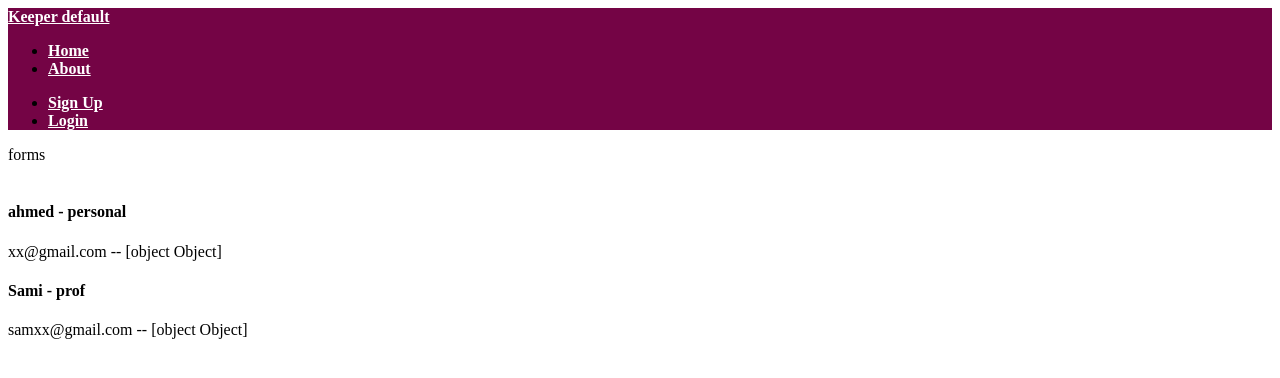
Repository: 3bdulrahman/contact-keeper
Page: / (app in client/)
An editor plug-in stored every save of this project. The page is shown before and after the next save, followed by the edit.
The browser window is 1280 px wide. The pictures show the whole page.
The project was rebuilt for these pictures with package versions that can differ from the ones it lists, and the page was loaded fresh each time. A package was used in the major version that the imports need, not the one package.json lists. Also part of the build but not shown: client/src/components/pages/About.js.

Above is the page before, as saved 2020-04-04 21:06:27.

### client/src/App.js
import React,{Fragment} from 'react';
import { BrowserRouter as Router , Route , Switch } from 'react-router-dom'
import Navbar from './components/layout/Navbar'
import Home from './components/pages/Home'
import About from './components/pages/About'
import ContactState  from './context/contact/ContactState'
import './App.css'
const  App = ()=> {
   return (
    <ContactState>
    <Router>
    <Fragment>
         <Navbar   />
         <div className='container'>
             <Switch>
               <Route exact path='/' component={Home} />
               <Route exact path='/about' component={About} />
             </Switch>
         </div>
    </Fragment>
    </Router>
    </ContactState>
  );
}

export default App;

### client/src/components/layout/Navbar.js
import React from 'react'
import {Link} from 'react-router-dom'
import PropTypes from 'prop-types'

 const Navbar = ({title}) => {
    return (
        <nav class="navbar navbar-default">
        <div class="navbar-header">

      <a class="navbar-brand" href="#">{title}</a>
    </div>
        <div class="container" id="myNavbar">

          <ul class="nav navbar-nav">
            <li class="active"><Link to="/">Home</Link></li>
            <li><Link to="/about">About</Link></li>

          </ul>
          <ul class="nav navbar-nav navbar-right">
      <li><a href="#"><span class="glyphicon glyphicon-user"></span> Sign Up</a></li>
      <li><a href="#"><span class="glyphicon glyphicon-log-in"></span> Login</a></li>
    </ul>
        </div>
      </nav>
    )
}

Navbar.propTypes= {
     title:PropTypes.string.isRequired
}
Navbar.defaultProps = {
     title:'Keeper default '
}

export default Navbar

### client/src/components/pages/Home.js
import React from 'react'
import Contacts from '../contacts/contacts'
 const Home = () => {
    return (
        <div className="row">
            <div className="col-md-6 col-lg-6">forms</div>
             <div className="col-md-6 col-lg-6">
                 <br />
                 <Contacts /></div>
        </div>
    )
}

export default Home

### client/src/context/contact/ContactState.js
import React,{useReducer} from 'react'
import uuid from 'uuid'
import contactContext from './ContactContext'
import { UPDATE_CONTACT,CLEAR_CURRENT,DELETE_CONTACT,SET_CURRENT,ADD_CONTACT,SET_ALERT,REMOVE_ALERT,
    FILTER_CONTACTS,CLEAR_FILTER} from '../type'
import contactReducer from '../contact/ContactReducer'
const ContactState = props=>{
       const contactInit = {
             contacts:[
                   {id:1,name:"ahmed",email:"xx@gmail.com",phone:"020202",type:"personal"},
                   {id:2,name:"Sami",email:"samxx@gmail.com",phone:"058882",type:"prof"}
             ]
       };
       const [state,dispatch] = useReducer(contactReducer,contactInit)
       //add contact
       return(
            <contactContext.Provider value={{
                contacts:state.contacts
            }}>
                {props.children}
            </contactContext.Provider>
       )
}

export default ContactState

### client/src/App.css
.navbar-default{
     background-color:rgb(116, 4, 69);
     border:0px;
     border-radius: 0px;
}
.navbar-default .navbar-nav>.active>a, .navbar-default .navbar-nav>.active>a:focus, .navbar-default .navbar-nav>.active>a:hover{
    background-color:rgb(116, 4, 69);
}

.navbar-nav>.active>a{
     color:#fff;
     font-weight: bold;
     background-color:rgb(116, 4, 69);
}

.navbar-default .navbar-nav>li>a{
    color:#fff;
     font-weight: bold;
}

.navbar-default .navbar-brand{
    background-color:rgb(116, 4, 69);;
    color:#fff;
    font-weight: bold;
}

.navbar-default .navbar-nav>.active>a{
    background-color:rgb(116, 4, 69);;
    color:#fff;
    font-weight: bold;
}

### client/src/components/contacts/contacts.js
import React,{useContext,Fragment} from 'react'
import ContactContext from '../../context/contact/ContactContext'
import ContactsItem from './contactsItem'
 const Contacts = () => {
    const contextContact = useContext(ContactContext)
    const {contacts} = contextContact
    return (
        <Fragment>
            {contacts.map(contact=> <ContactsItem key={contact.id} contact={contact} />)}
        </Fragment>
    )
}
export default Contacts

### client/src/context/contact/ContactContext.js
import {createContext} from 'react'
const contactContext = createContext()
export default contactContext

### client/src/context/type.js
export const ADD_CONTACT="ADD_CONTACT"
export const DELETE_CONTACT="DELETE_CONTACT"
export const UPDATE_CONTACT="UPDATE_CONTACT"
export const FILTER_CONTACTS="FILTER_CONTACTS"
export const CLEAR_FILTER="CLEAR_FILTER"
export const SET_CURRENT="SET_CURRENT"
export const CLEAR_CURRENT="CLEAR_CURRENT"
export const SET_ALERT="SET_ALERT"
export const REMOVE_ALERT="REMOVE_ALERT"

### client/src/context/contact/ContactReducer.js
import { UPDATE_CONTACT,CLEAR_CURRENT,DELETE_CONTACT,SET_CURRENT,ADD_CONTACT,SET_ALERT,REMOVE_ALERT,
    FILTER_CONTACTS,CLEAR_FILTER} from '../type'

export default (state,action)=>{
      switch(action.type){
           default:
               return state
      }
}

### client/src/components/contacts/contactsItem.js
import React from 'react'

 const ContactsItem = ({contact}) => {
    const {id,name,email,phone,type} = contact
    return (
        <div className="card">

              <div className="card-body">
              <div className="card-title">
              <h4>{name} - <span className={'badge ' + (type==='personal'?'badge-primary':'badge-danger')}>{type}</span></h4>
              </div>

              <div className="card-text">
              {email&& <span className="label label-primary">{email}</span>} --
              {phone&& ' '+  <span className="label label-warning">{phone}</span>}
              </div>

              </div>
        </div>
    )
}
export default ContactsItem

Loaded but not shown: client/src/index.js (common file)

After the next save:
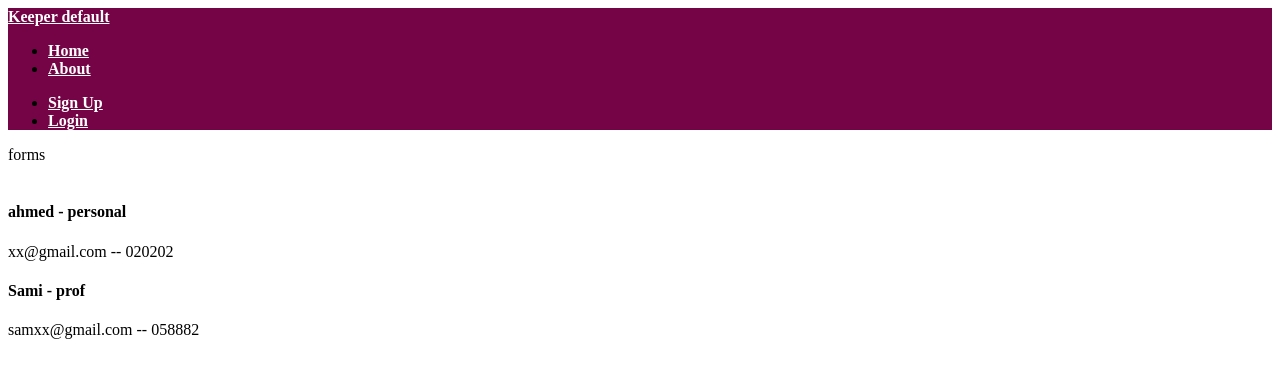
Saved 25 s later.
--- a/client/src/components/contacts/contactsItem.js
+++ b/client/src/components/contacts/contactsItem.js
@@ -12,7 +12,7 @@ import React from 'react'
 
               <div className="card-text">
               {email&& <span className="label label-primary">{email}</span>} --
-              {phone&& ' '+  <span className="label label-warning">{phone}</span>}
+              {phone&& <span className="label label-warning">{' '+phone}</span>}
               </div>
 
               </div>
